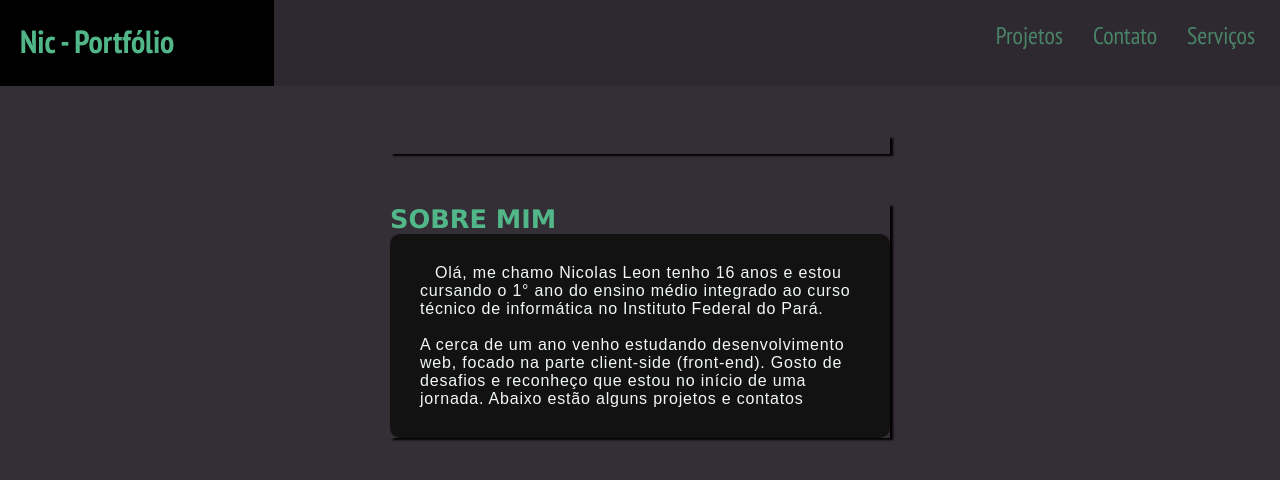
Repository: Leonngc/portfolio
Page: index.html
These files come from the project's save history. The page is drawn as it stood at one moment and after the next save; the edit follows.
The browser window is 1280 px wide. The pictures show the whole page.

Above is the page before, as saved 2022-12-02 11:14:05.

### index.html
<!DOCTYPE html>
<html lang="en">

<head>
    <meta charset="UTF-8">
    <meta http-equiv="X-UA-Compatible" content="IE=edge">
    <meta name="viewport" content="width=device-width, initial-scale=1.0">
    <meta name="keywords" content="portfolio, web, dev, website, desenvolvedor">
    <meta name="description" content="Meu portfolio de desenvolvedor web">
    <title>Nic Portfólio</title>
    <link rel="stylesheet" href="home.css">
</head>

<body>
    <header>
        <h1>Nic - Portfólio</h1>
        <nav class="menu">
            <ul>
                <li><a href="">Projetos</a></li>
                <li><a href="">Contato</a></li>
                <li><a href="">Serviços</a></li>
            </ul>
        </nav>
    </header>
    <section>
        <span>
            <img src="" alt="">
        </span>
    </section>

    <section class="text">
        <h2>Sobre mim</h2>
        <p>Olá, me chamo Nicolas Leon tenho 16 anos e estou cursando o 1° ano do ensino médio integrado ao curso técnico de informática no Instituto Federal do Pará. <br> <br>
        A cerca de um ano venho estudando desenvolvimento web, focado na parte client-side (front-end). Gosto de desafios e reconheço que estou no início de uma jornada. Abaixo estão alguns projetos e contatos</p>
    </section>


</body>

</html>

### home.css
@import url('https://fonts.googleapis.com/css2?family=PT+Sans+Narrow:wght@400;700&display=swap');

@import url('https://fonts.googleapis.com/css2?family=Ubuntu+Condensed&display=swap');

:root{
    --background:#342E37;
    --letters: #52B788;
    --font-texts: font-family: 'Ubuntu Condensed', sans-serif;
}
*{
    margin: 0;
    padding: 0;
}
body{
    background-color: var(--background);
    color: var(--letters);
}

header{
    display: flex;
    flex-wrap: wrap;
    justify-content: space-between;
    background-color: #2e2930;
    height: 12vh;
}

header > h1{
    font-family:'PT Sans Narrow', sans-serif;
    margin-left: 0px;
    padding: 20px;
    padding-right: 100px;
    background-color: black;
}

 ul {
    display: flex;
    flex-wrap: wrap;
}

ul > li{
    list-style: none;
    margin: 10px;
}

li > a{
    text-decoration: none;
    color: var(--letters);
    font-family: 'PT Sans Narrow', sans-serif;
    font-size: 1.5em;
    color: #498467;
    padding: 5px;
}

.menu{
    margin-top: 10px;
    margin-right: 10px;
}

li > a:hover{
    text-decoration: underline;
    color: #498480;
}

section{
    margin: 0px auto;
    margin-top: 50px;
    width: 500px;
    box-shadow: 3px 2px 2px black;
}

section > h2{
    font-family: verdana, sans-serif;
    font-size: 1.6em;
    text-transform: uppercase;
}

section > p{
    border-radius: 10px;
    padding: 30px;
    background-color: #131213;
    color: #f2f7f7;
    font-family: Arial, Helvetica, sans-serif;
    letter-spacing: .8px;
    text-align: left;
    text-indent: 15px;

}

@media  (max-width: 600px) {
    header > h1{
        padding: 15px;
        font-size: 1.6em;
    }
    li > a{
        font-size: 1.2em;
    }
    section{
        width: 320px;
    }
}

After the next save:
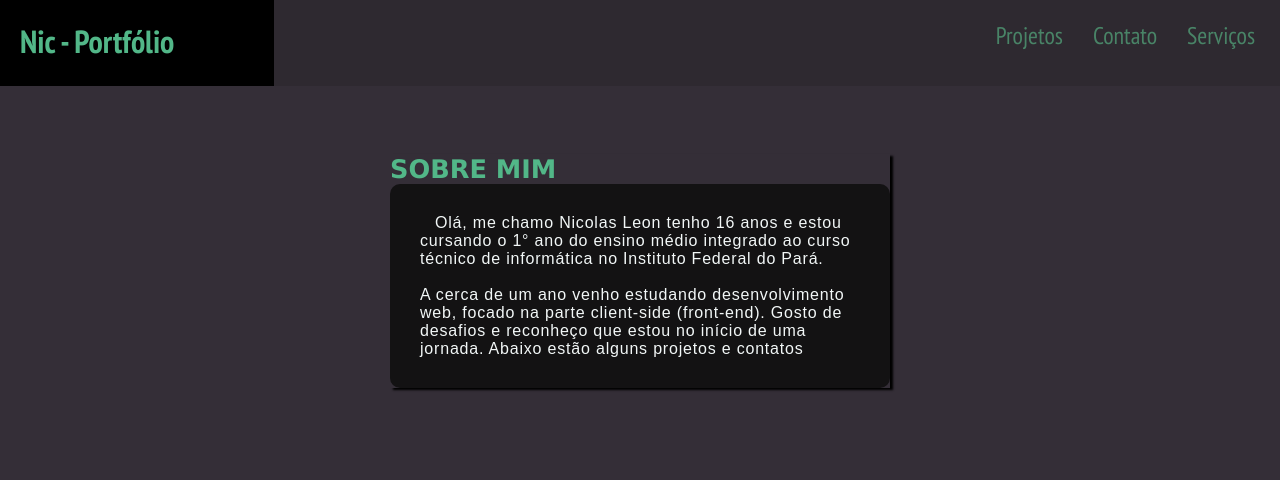
Saved 5 s later.
--- a/home.css
+++ b/home.css
@@ -61,7 +61,7 @@
     color: #498480;
 }
 
-section{
+section.text{
     margin: 0px auto;
     margin-top: 50px;
     width: 500px;
